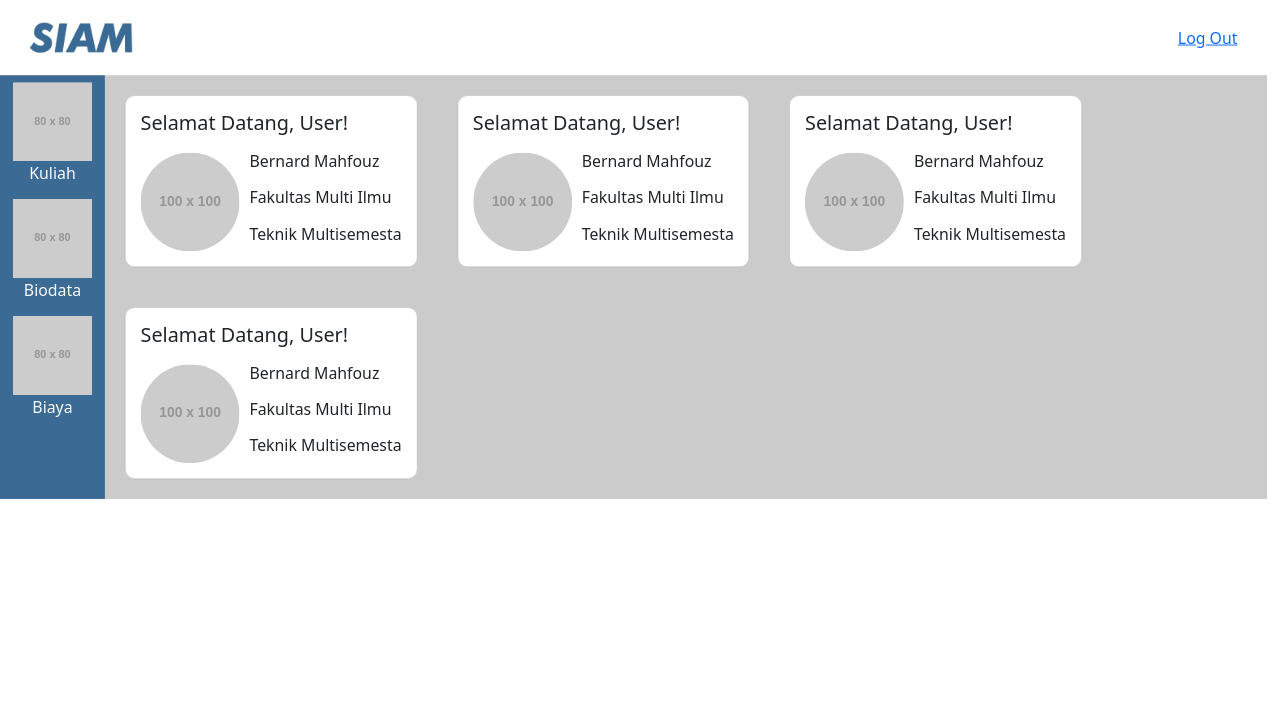
Repository: haikalirf/Project-IMK
Page: kuliah.html
An editor plug-in stored every save of this project. The page is shown before and after the next save, followed by the edit.
The browser window is 1280 px wide. The page is 1280 px wide, then 1292 px, so the pictures cover 1292 px, including what lies to the right of the window. The pictures show the whole page, at 99% of full size.

Above is the page before, as saved 2022-12-10 13:33:27.

After the next save:
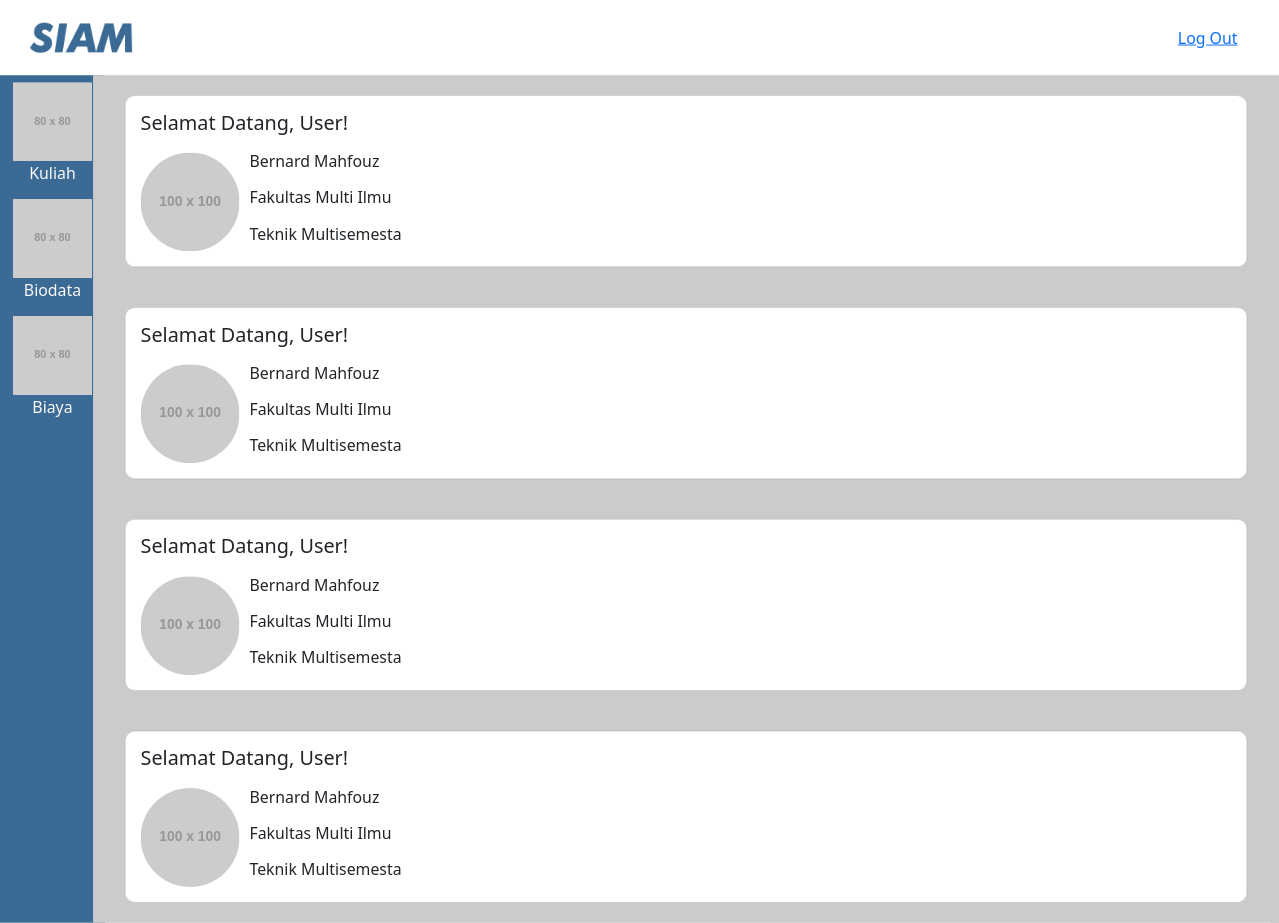
Saved 50 s later.
--- a/kuliah.html
+++ b/kuliah.html
@@ -34,8 +34,8 @@
 				<label for="sidebar-biaya">Biaya</label>
 			</a>
 		</div>
-		<main>
-			<div class="lane">
+		<main class="row">
+			<div class="column">
 				<div class="card" id="card-user">
 					<h5 class="card-title">Selamat Datang, User!</h5>
 					<div class="card-body">
@@ -48,7 +48,7 @@
 					</div>
 				</div>
 			</div>
-			<div class="lane">
+			<div class="column">
 				<div class="card" id="card-user">
 					<h5 class="card-title">Selamat Datang, User!</h5>
 					<div class="card-body">
@@ -61,7 +61,7 @@
 					</div>
 				</div>
 			</div>
-			<div class="lane">
+			<div class="column">
 				<div class="card" id="card-user">
 					<h5 class="card-title">Selamat Datang, User!</h5>
 					<div class="card-body">
@@ -74,7 +74,7 @@
 					</div>
 				</div>
 			</div>
-			<div class="lane">
+			<div class="column">
 				<div class="card" id="card-user">
 					<h5 class="card-title">Selamat Datang, User!</h5>
 					<div class="card-body">
